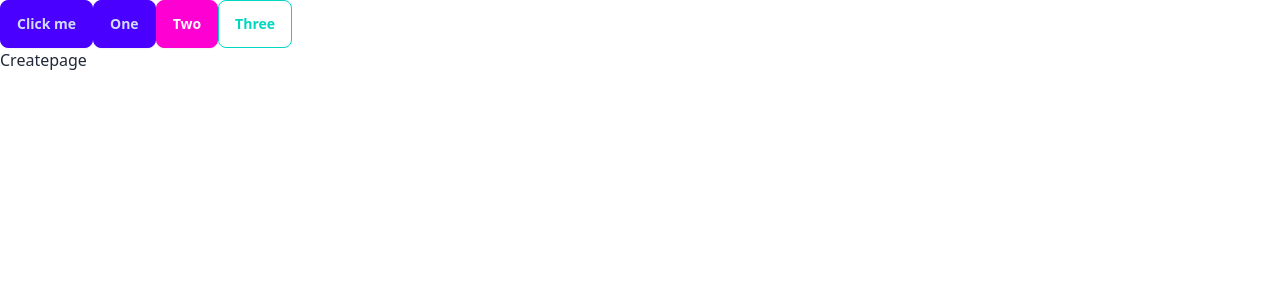
Repository: Harsha201105/ThinkBoard
Page: /create (app in frontend/)
These files come from the project's save history. The page is drawn as it stood at one moment and after the next save; the edit follows.
The browser window is 1280 px wide. The pictures show the whole page.
The project was rebuilt for these pictures with package versions that can differ from the ones it lists, and the page was loaded fresh each time. Also part of the build but not shown: frontend/vite.config.js, frontend/src/pages/HomePage.jsx, frontend/src/pages/NoteDetailPage.jsx.

Above is the page before, as saved 2025-09-06 09:58:15.

After the next save:
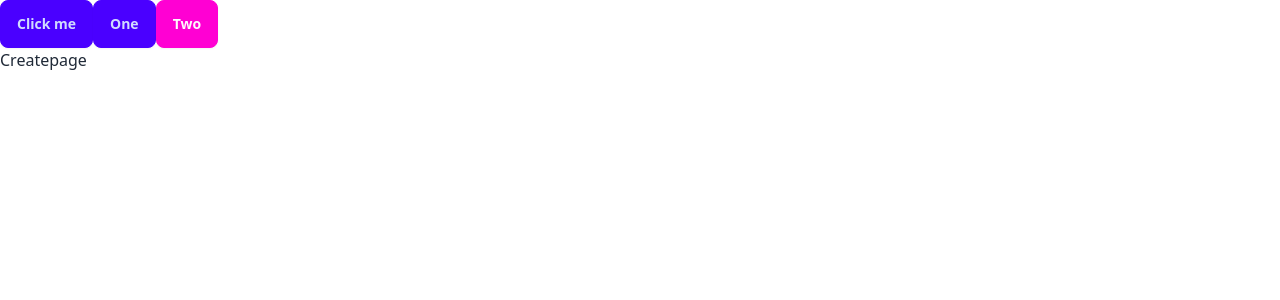
Saved 22 s later.
--- a/frontend/src/App.jsx
+++ b/frontend/src/App.jsx
@@ -11,14 +11,6 @@
       <button onClick={()=>toast.success("Success")} className='btn btn-primary'>Click me</button>
       <button onClick={()=>toast.success("GOt it")}class="btn btn-primary">One</button>
       <button onClick={()=>toast.error("Cant work")}class="btn btn-secondary">Two</button>
-      <button onClick={()=>toast.promise(
-  saveSettings(settings),
-   {
-     loading: 'Saving...',
-     success: <b>Settings saved!</b>,
-     error: <b>Could not save.</b>,
-   }
- )}class="btn btn-accent btn-outline">Three</button>
       <Routes>
         <Route path="/" element={<HomePage />} />
         <Route path="/create" element={<CreatePage />} />
